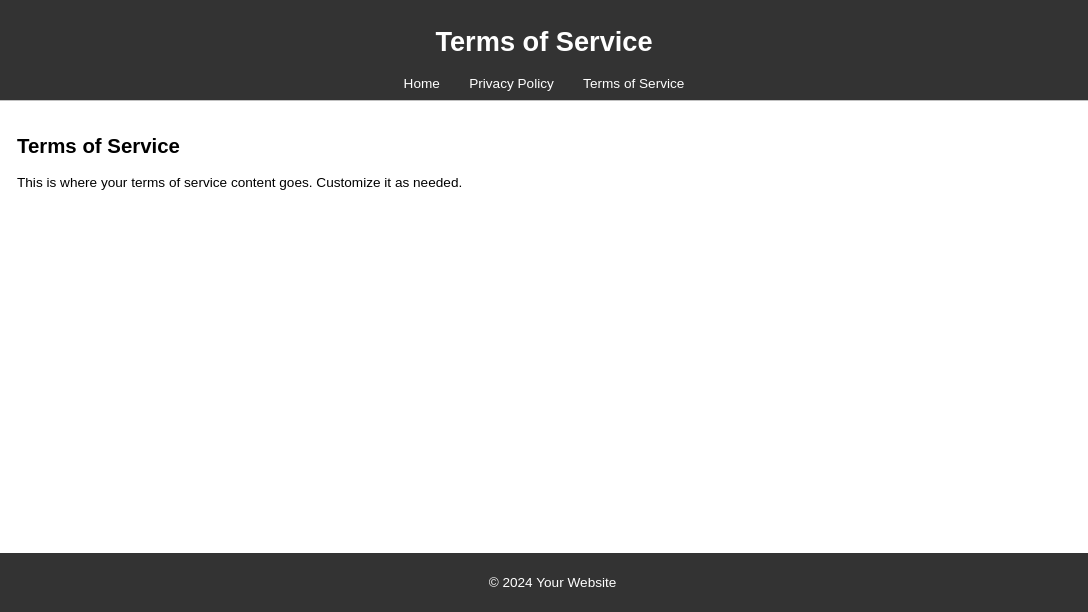
Repository: paypay-komi/mikaylas-site
Page: terms-of-service.html
The author's editor kept a copy of each file at every save. The page is drawn from the files as they stood at one save, then again after the next save.
The browser window is 1280 px wide. The pictures show the whole page, at 85% of full size.

Above is the page before, as saved 2024-07-25 23:55:59.

After the next save:
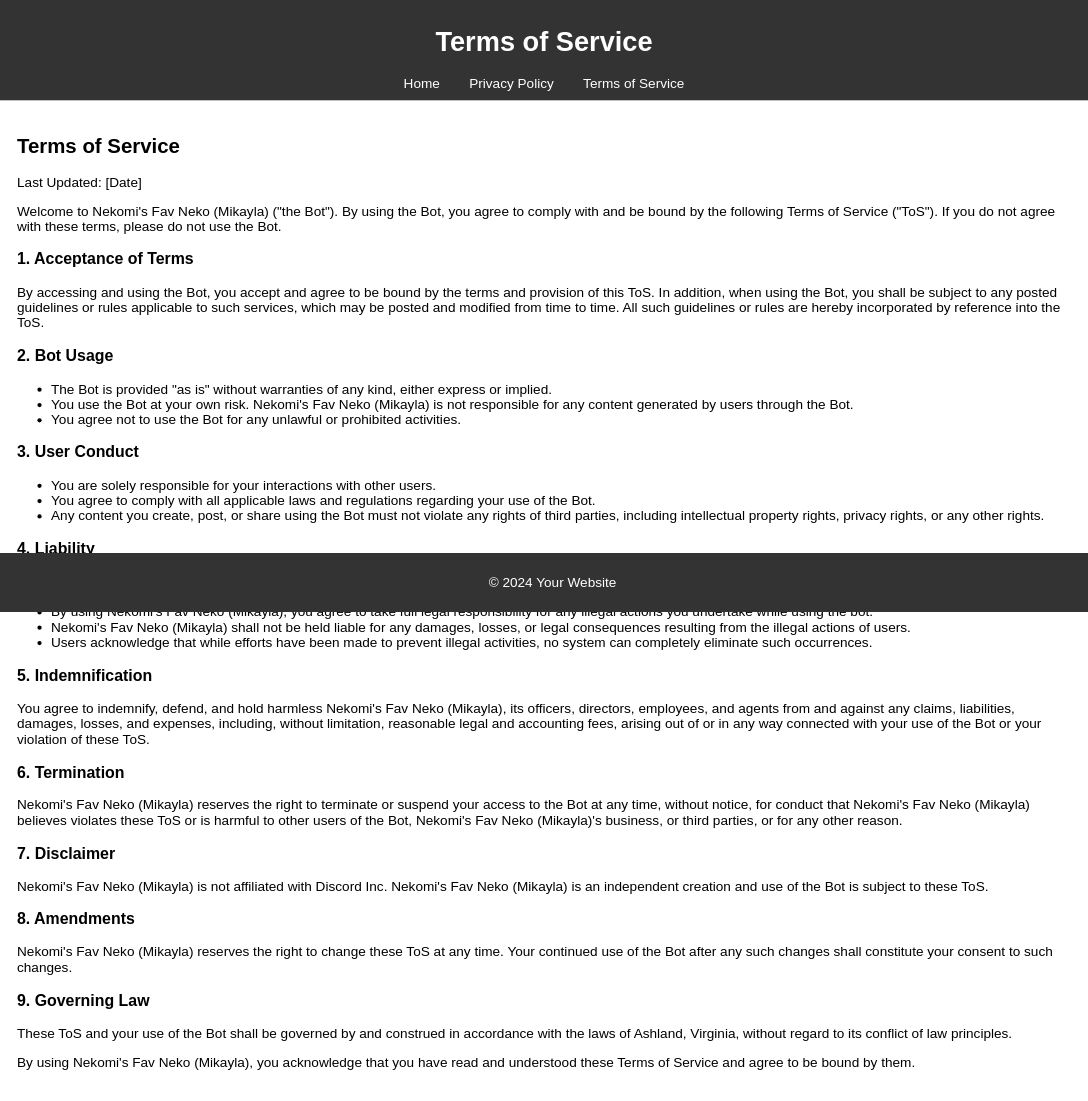
Saved 3 min 6 s later.
--- a/terms-of-service.html
+++ b/terms-of-service.html
@@ -17,8 +17,51 @@
     </header>
     <main>
         <h2>Terms of Service</h2>
-        <p>This is where your terms of service content goes. Customize it as needed.</p>
-        <!-- Add your terms of service content here -->
+        <p>Last Updated: [Date]</p>
+
+        <p>Welcome to Nekomi's Fav Neko (Mikayla) ("the Bot"). By using the Bot, you agree to comply with and be bound by the following Terms of Service ("ToS"). If you do not agree with these terms, please do not use the Bot.</p>
+
+        <h3>1. Acceptance of Terms</h3>
+        <p>By accessing and using the Bot, you accept and agree to be bound by the terms and provision of this ToS. In addition, when using the Bot, you shall be subject to any posted guidelines or rules applicable to such services, which may be posted and modified from time to time. All such guidelines or rules are hereby incorporated by reference into the ToS.</p>
+
+        <h3>2. Bot Usage</h3>
+        <ul>
+            <li>The Bot is provided "as is" without warranties of any kind, either express or implied.</li>
+            <li>You use the Bot at your own risk. Nekomi's Fav Neko (Mikayla) is not responsible for any content generated by users through the Bot.</li>
+            <li>You agree not to use the Bot for any unlawful or prohibited activities.</li>
+        </ul>
+
+        <h3>3. User Conduct</h3>
+        <ul>
+            <li>You are solely responsible for your interactions with other users.</li>
+            <li>You agree to comply with all applicable laws and regulations regarding your use of the Bot.</li>
+            <li>Any content you create, post, or share using the Bot must not violate any rights of third parties, including intellectual property rights, privacy rights, or any other rights.</li>
+        </ul>
+
+        <h3>4. Liability</h3>
+        <ul>
+            <li>Nekomi's Fav Neko (Mikayla) has implemented numerous measures to prevent illegal activities within the bot. However, it is impossible to anticipate and address every potential edge case.</li>
+            <li>By using Nekomi's Fav Neko (Mikayla), you agree to take full legal responsibility for any illegal actions you undertake while using the bot.</li>
+            <li>Nekomi's Fav Neko (Mikayla) shall not be held liable for any damages, losses, or legal consequences resulting from the illegal actions of users.</li>
+            <li>Users acknowledge that while efforts have been made to prevent illegal activities, no system can completely eliminate such occurrences.</li>
+        </ul>
+
+        <h3>5. Indemnification</h3>
+        <p>You agree to indemnify, defend, and hold harmless Nekomi's Fav Neko (Mikayla), its officers, directors, employees, and agents from and against any claims, liabilities, damages, losses, and expenses, including, without limitation, reasonable legal and accounting fees, arising out of or in any way connected with your use of the Bot or your violation of these ToS.</p>
+
+        <h3>6. Termination</h3>
+        <p>Nekomi's Fav Neko (Mikayla) reserves the right to terminate or suspend your access to the Bot at any time, without notice, for conduct that Nekomi's Fav Neko (Mikayla) believes violates these ToS or is harmful to other users of the Bot, Nekomi's Fav Neko (Mikayla)'s business, or third parties, or for any other reason.</p>
+
+        <h3>7. Disclaimer</h3>
+        <p>Nekomi's Fav Neko (Mikayla) is not affiliated with Discord Inc. Nekomi's Fav Neko (Mikayla) is an independent creation and use of the Bot is subject to these ToS.</p>
+
+        <h3>8. Amendments</h3>
+        <p>Nekomi's Fav Neko (Mikayla) reserves the right to change these ToS at any time. Your continued use of the Bot after any such changes shall constitute your consent to such changes.</p>
+
+        <h3>9. Governing Law</h3>
+        <p>These ToS and your use of the Bot shall be governed by and construed in accordance with the laws of Ashland, Virginia, without regard to its conflict of law principles.</p>
+
+        <p>By using Nekomi's Fav Neko (Mikayla), you acknowledge that you have read and understood these Terms of Service and agree to be bound by them.</p>
     </main>
     <footer>
         <p>&copy; 2024 Your Website</p>
